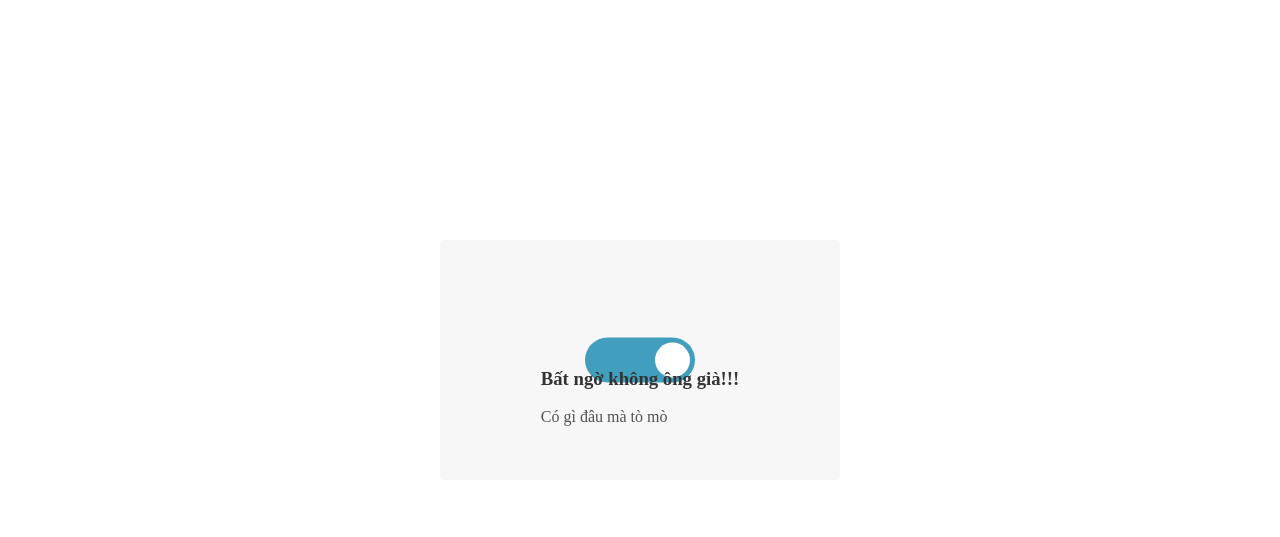
Repository: haokiet2501/troll-my-react
Page: /, after clicking the first element matching `div.toggle-center`
An editor plug-in stored every save of this project. The page is shown before and after the next save, followed by the edit.
The browser window is 1280 px wide. The pictures show the whole page.
The project was rebuilt for these pictures with package versions that can differ from the ones it lists, and the page was loaded fresh each time.

Above is the page before, as saved 2022-07-30 23:12:34.

After the next save:
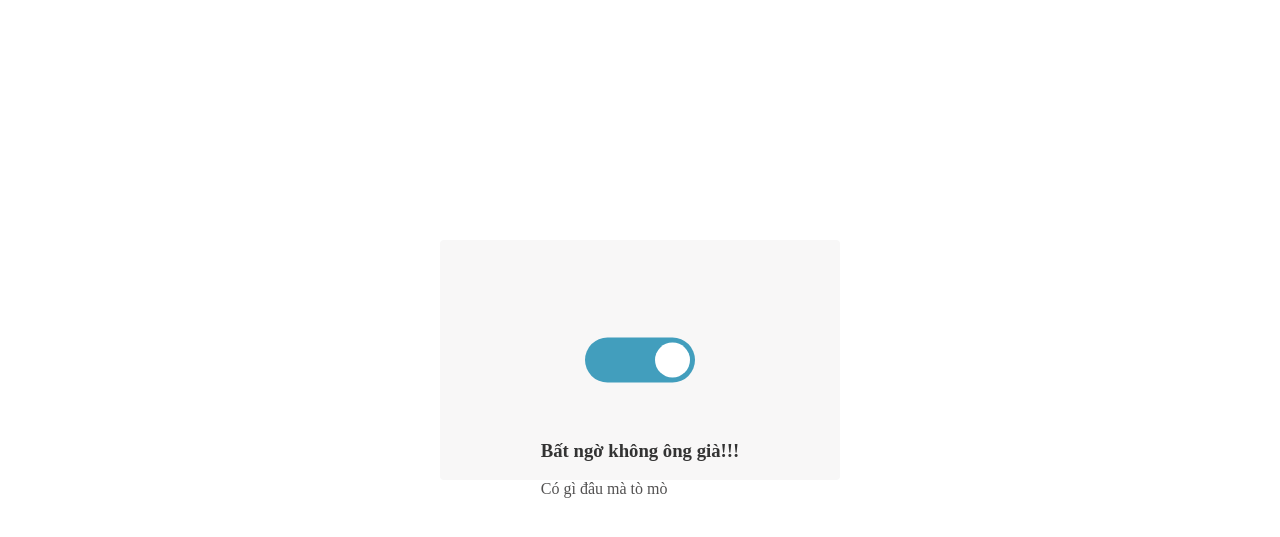
Saved 4 s later.
--- a/src/index.css
+++ b/src/index.css
@@ -22,7 +22,7 @@
 
 .todo-center {
   position: absolute;
-  top: 55%;
+  top: 65%;
   left: 50%;
   transform: translate(-50%, -50%);
   z-index: 999;
